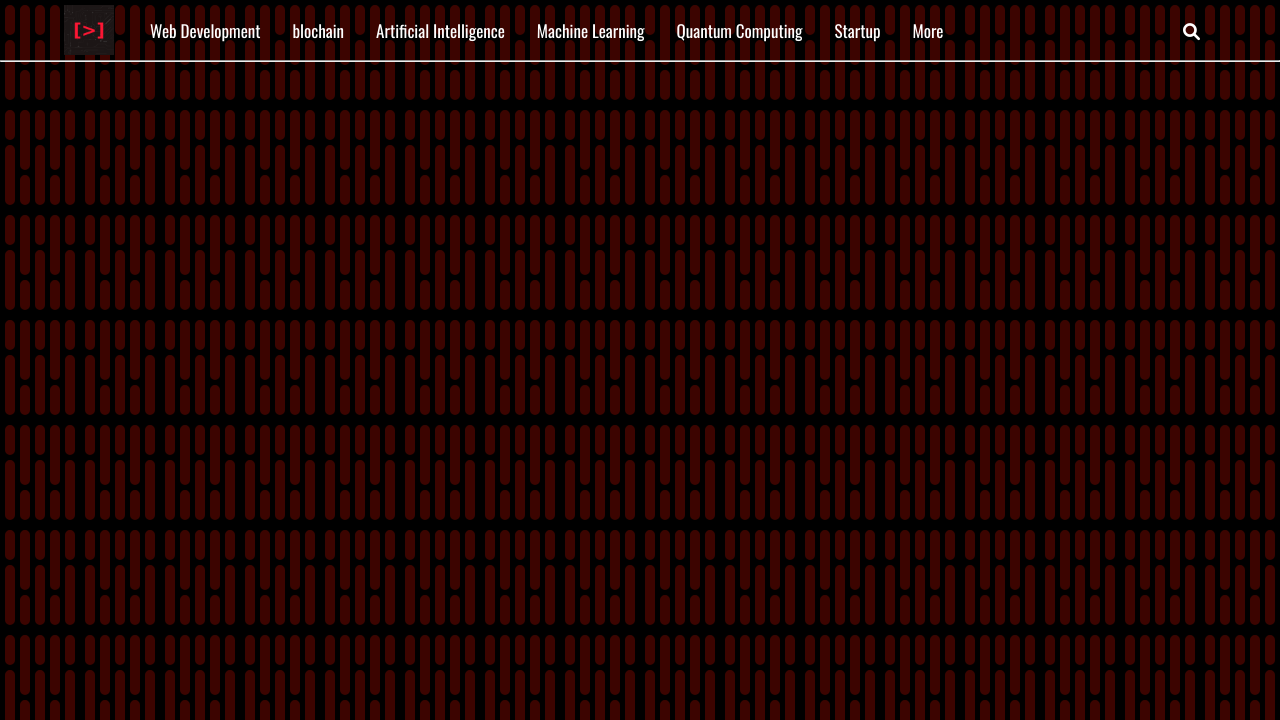
Repository: NickArregoces/News_Web
Page: index.html
An editor plug-in stored every save of this project. The page is shown before and after the next save, followed by the edit.
The browser window is 1280 px wide. The pictures show the whole page.

Above is the page before, as saved 2021-12-20 20:18:51.

After the next save:
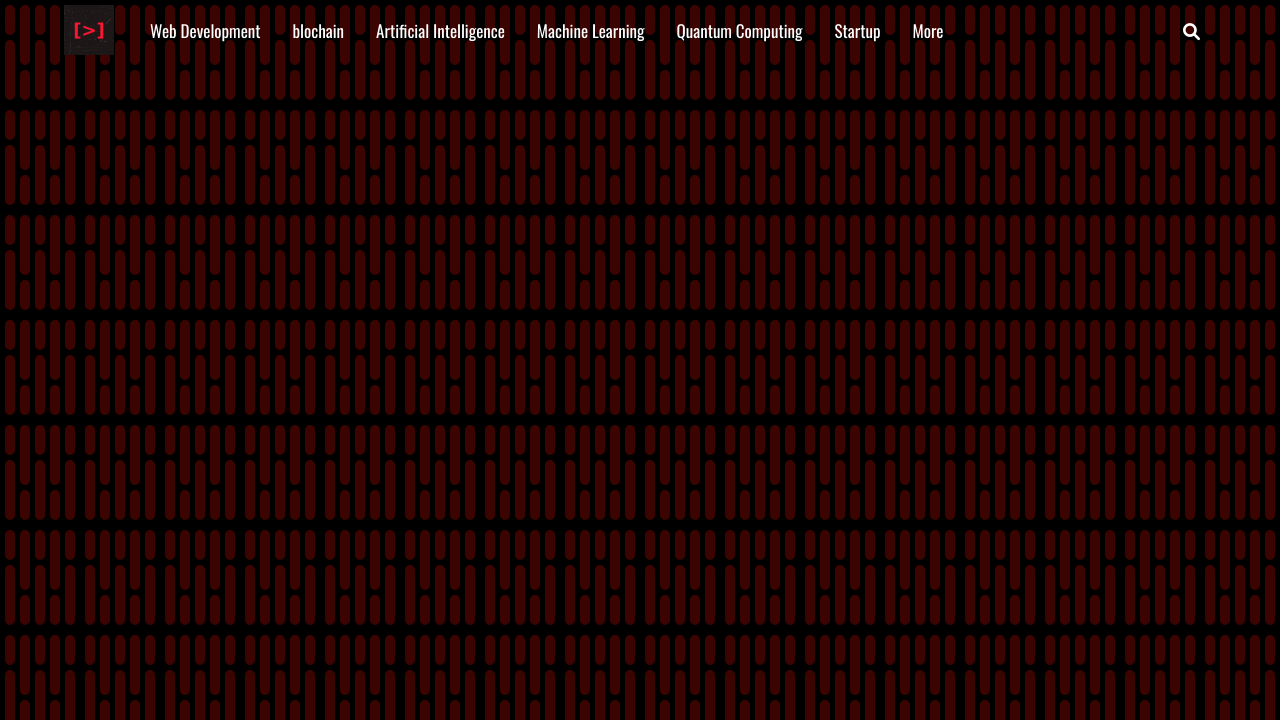
Saved 11 s later.
--- a/index.html
+++ b/index.html
@@ -53,6 +53,6 @@
             </ul>
         </nav>
     </div>
-    <hr> <!--Crea una linea -->
+
 </body>
 </html>
